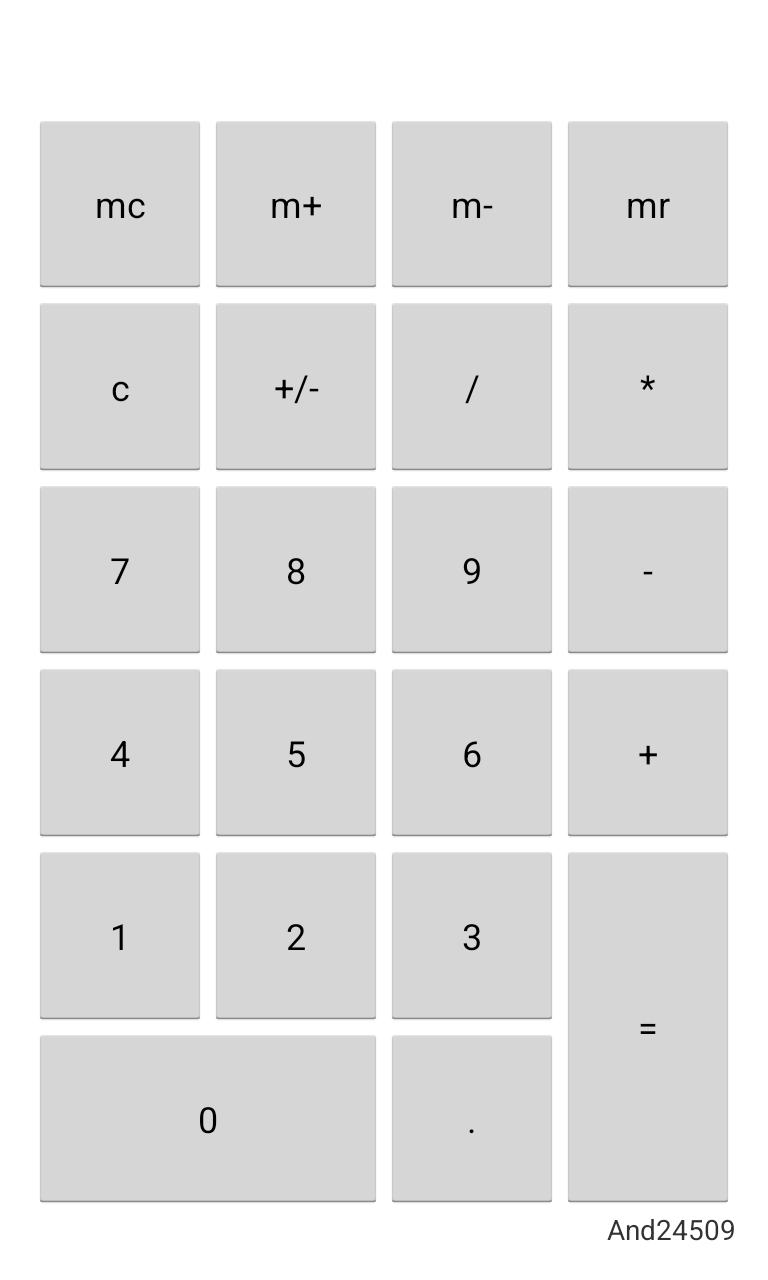
Repository: ericluo1123/myAndroidCode
Layout: myHomeWork/res/layout/activity_main.xml
The author's editor kept a copy of each file at every save. The layout is drawn from the files as they stood at one save, then again after the next save.
It is drawn on a 768 x 1280 px phone screen (xhdpi) without system bars, with theme AppTheme; the app's code is not run.

Above is the layout before, as saved 2014-09-30 14:42:34.

### myHomeWork/res/layout/activity_main.xml
<RelativeLayout xmlns:android="http://schemas.android.com/apk/res/android"
    xmlns:tools="http://schemas.android.com/tools"
    android:id="@+id/RelativeLayout1"
    android:layout_width="match_parent"
    android:layout_height="match_parent"
    android:gravity="top"
    android:onClick="setText"
    android:orientation="vertical"
    android:padding="@dimen/activity_vertical_margin"
    android:paddingBottom="@dimen/activity_vertical_margin"
    android:paddingLeft="@dimen/activity_horizontal_margin"
    android:paddingRight="@dimen/activity_horizontal_margin"
    android:paddingTop="@dimen/activity_vertical_margin"
    tools:context="com.example.myhomework.MainActivity" >

    <TextView
        android:id="@+id/textView1"
        android:layout_width="wrap_content"
        android:layout_height="wrap_content"
        android:layout_alignParentBottom="true"
        android:layout_alignParentRight="true"
        android:text="And24509" />

    <LinearLayout
        android:id="@+id/linearLayout1"
        android:layout_width="match_parent"
        android:layout_height="wrap_content"
        android:layout_above="@+id/textView1"
        android:layout_below="@+id/textView2"
        android:orientation="vertical" >

        <LinearLayout
            android:layout_width="match_parent"
            android:layout_height="0dp"
            android:layout_weight="1" >

            <Button
                android:id="@+id/button1"
                android:layout_width="0dp"
                android:layout_height="match_parent"
                android:layout_weight="1"
                android:onClick="0"
                android:text="mc" />

            <Button
                android:id="@+id/button2"
                android:layout_width="0dp"
                android:layout_height="match_parent"
                android:layout_weight="1"
                android:onClick="0"
                android:text="m+" />

            <Button
                android:id="@+id/button3"
                android:layout_width="0dp"
                android:layout_height="match_parent"
                android:layout_weight="1"
                android:onClick="0"
                android:text="m-" />

            <Button
                android:id="@+id/button4"
                android:layout_width="0dp"
                android:layout_height="match_parent"
                android:layout_weight="1"
                android:onClick="0"
                android:text="mr" />
        </LinearLayout>

        <LinearLayout
            android:layout_width="match_parent"
            android:layout_height="0dp"
            android:layout_weight="1"
            android:orientation="horizontal" >

            <Button
                android:id="@+id/button5"
                android:layout_width="0dp"
                android:layout_height="match_parent"
                android:layout_weight="1"
                android:onClick="setText"
                android:text="c" />

            <Button
                android:id="@+id/button6"
                android:layout_width="0dp"
                android:layout_height="match_parent"
                android:layout_weight="1"
                android:text="+/-" />

            <Button
                android:id="@+id/button7"
                android:layout_width="0dp"
                android:layout_height="match_parent"
                android:layout_weight="1"
                android:onClick="setText"
                android:text="/" />

            <Button
                android:id="@+id/button8"
                android:layout_width="0dp"
                android:layout_height="match_parent"
                android:layout_weight="1"
                android:onClick="setText"
                android:text="*" />
        </LinearLayout>

        <LinearLayout
            android:layout_width="match_parent"
            android:layout_height="0dp"
            android:layout_weight="1" >

            <Button
                android:id="@+id/button9"
                android:layout_width="0dp"
                android:layout_height="match_parent"
                android:layout_weight="1"
                android:onClick="setText"
                android:text="7" />

            <Button
                android:id="@+id/button10"
                android:layout_width="0dp"
                android:layout_height="match_parent"
                android:layout_weight="1"
                android:onClick="setText"
                android:text="8" />

            <Button
                android:id="@+id/button11"
                android:layout_width="0dp"
                android:layout_height="match_parent"
                android:layout_weight="1"
                android:onClick="setText"
                android:text="9" />

            <Button
                android:id="@+id/button12"
                android:layout_width="0dp"
                android:layout_height="match_parent"
                android:layout_weight="1"
                android:onClick="setText"
                android:text="-" />
        </LinearLayout>

        <LinearLayout
            android:layout_width="match_parent"
            android:layout_height="0dp"
            android:layout_weight="1" >

            <Button
                android:id="@+id/button13"
                android:layout_width="0dp"
                android:layout_height="match_parent"
                android:layout_weight="1"
                android:onClick="setText"
                android:text="4" />

            <Button
                android:id="@+id/button14"
                android:layout_width="0dp"
                android:layout_height="match_parent"
                android:layout_weight="1"
                android:onClick="setText"
                android:text="5" />

            <Button
                android:id="@+id/button15"
                android:layout_width="0dp"
                android:layout_height="match_parent"
                android:layout_weight="1"
                android:onClick="setText"
                android:text="6" />

            <Button
                android:id="@+id/button16"
                android:layout_width="0dp"
                android:layout_height="match_parent"
                android:layout_weight="1"
                android:onClick="setText"
                android:text="+" />
        </LinearLayout>

        <LinearLayout
            android:layout_width="match_parent"
            android:layout_height="0dp"
            android:layout_weight="2"
            android:orientation="horizontal" >

            <LinearLayout
                android:layout_width="0dp"
                android:layout_height="match_parent"
                android:layout_weight="3"
                android:orientation="vertical" >

                <LinearLayout
                    android:layout_width="match_parent"
                    android:layout_height="0dp"
                    android:layout_weight="1" >

                    <Button
                        android:id="@+id/button18"
                        android:layout_width="0dp"
                        android:layout_height="match_parent"
                        android:layout_weight="1"
                        android:onClick="setText"
                        android:text="1" />

                    <Button
                        android:id="@+id/button20"
                        android:layout_width="0dp"
                        android:layout_height="match_parent"
                        android:layout_weight="1"
                        android:onClick="setText"
                        android:text="2" />

                    <Button
                        android:id="@+id/button21"
                        android:layout_width="0dp"
                        android:layout_height="match_parent"
                        android:layout_weight="1"
                        android:onClick="setText"
                        android:text="3" />
                </LinearLayout>

                <LinearLayout
                    android:layout_width="match_parent"
                    android:layout_height="0dp"
                    android:layout_weight="1" >

                    <LinearLayout
                        android:layout_width="0dp"
                        android:layout_height="match_parent"
                        android:layout_weight="2" >

                        <Button
                            android:id="@+id/button19"
                            android:layout_width="match_parent"
                            android:layout_height="match_parent"
                            android:onClick="setText"
                            android:text="0" />
                    </LinearLayout>

                    <LinearLayout
                        android:layout_width="0dp"
                        android:layout_height="match_parent"
                        android:layout_weight="1" >

                        <Button
                            android:id="@+id/button22"
                            android:layout_width="match_parent"
                            android:layout_height="match_parent"
                            android:onClick="setText"
                            android:text="." />
                    </LinearLayout>
                </LinearLayout>
            </LinearLayout>

            <LinearLayout
                android:layout_width="0dp"
                android:layout_height="match_parent"
                android:layout_weight="1"
                android:orientation="vertical" >

                <Button
                    android:id="@+id/button17"
                    android:layout_width="match_parent"
                    android:layout_height="match_parent"
                    android:onClick="setText"
                    android:text="=" />
            </LinearLayout>
        </LinearLayout>
    </LinearLayout>

    <TextView
        android:id="@+id/textView2"
        android:layout_width="match_parent"
        android:layout_height="wrap_content"
        android:background="#FFFFFF"
        android:gravity="right"
        android:textSize="30sp" />

</RelativeLayout>

### myHomeWork/res/values/styles.xml
<resources>

    <!--
        Base application theme, dependent on API level. This theme is replaced
        by AppBaseTheme from res/values-vXX/styles.xml on newer devices.
    -->
    <style name="AppBaseTheme" parent="android:Theme.Light">
        <!--
            Theme customizations available in newer API levels can go in
            res/values-vXX/styles.xml, while customizations related to
            backward-compatibility can go here.
        -->
    </style>

    <!-- Application theme. -->
    <style name="AppTheme" parent="AppBaseTheme">
        <!-- All customizations that are NOT specific to a particular API-level can go here. -->
    </style>

    <style name="styleName" parent="android:Widget.Holo.Light.Button">
        <item name="android:textSize">25</item>
    </style>
</resources>

Loaded but not shown: myHomeWork/res/values-v11/styles.xml (common file); myHomeWork/res/values-v14/styles.xml (common file); myHomeWork/res/values/dimens.xml (common file); myHomeWork/res/values-w820dp/dimens.xml (common file)

After the next save:
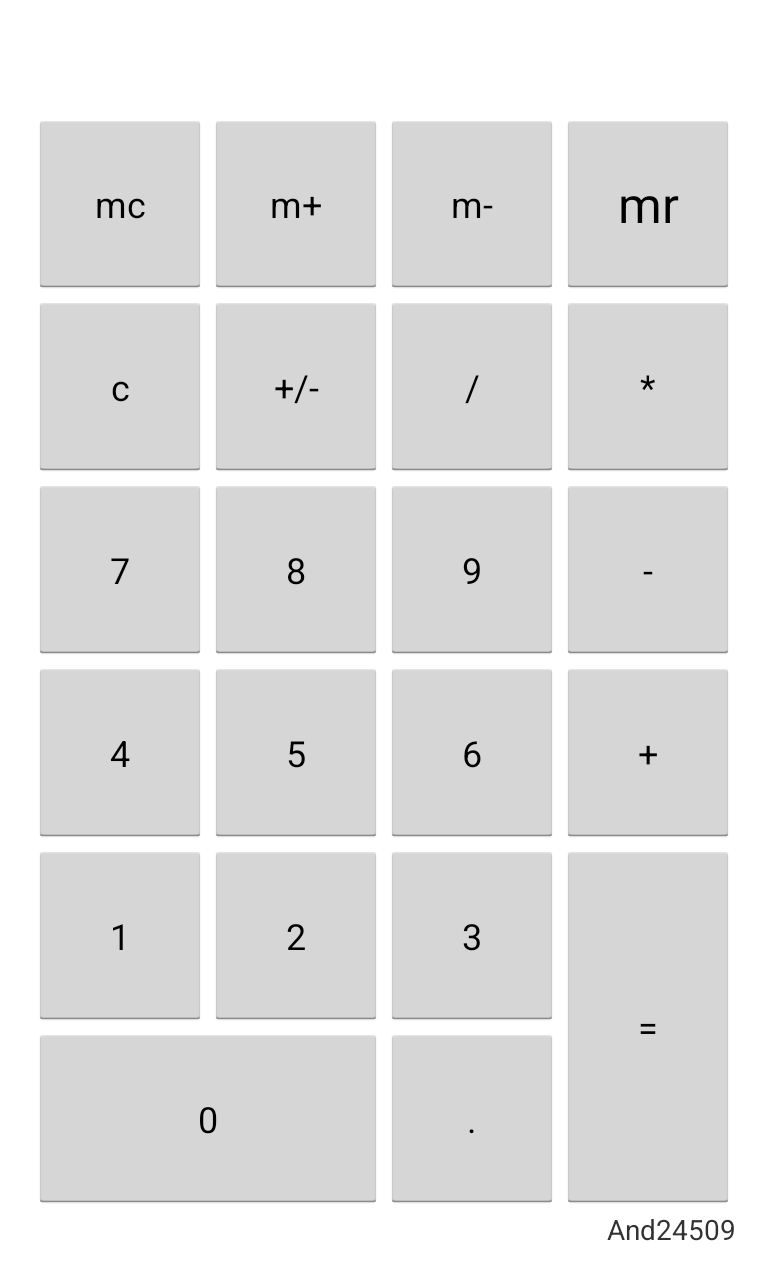
Saved 41 s later.
--- a/myHomeWork/res/layout/activity_main.xml
+++ b/myHomeWork/res/layout/activity_main.xml
@@ -64,7 +64,9 @@
                 android:layout_height="match_parent"
                 android:layout_weight="1"
                 android:onClick="0"
-                android:text="mr" />
+                android:text="mr"
+                android:textSize="25sp" />
+
         </LinearLayout>
 
         <LinearLayout
